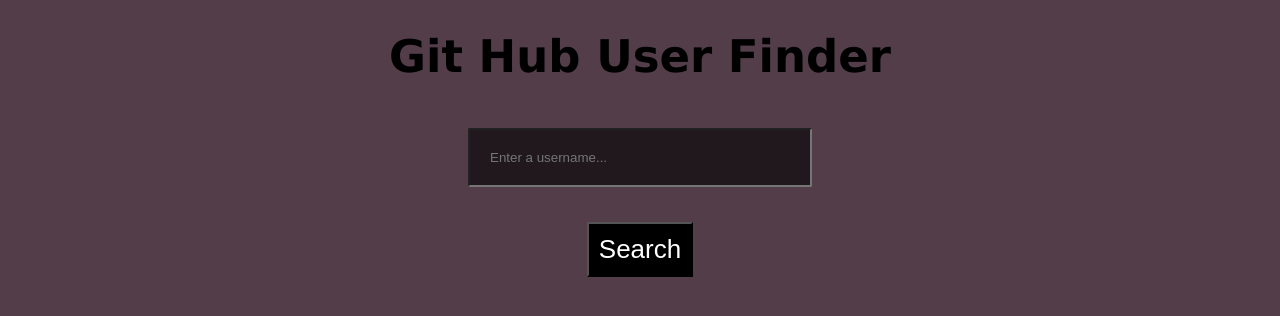
Repository: Dharshinimk-521/github-user-finder
Page: index.html
These files come from the project's save history. The page is drawn as it stood at one moment and after the next save; the edit follows.
The browser window is 1280 px wide. The pictures show the whole page.
Some web fonts or font styles are not loaded; a fallback is used.

Above is the page before, as saved 2026-04-13 20:59:52.

After the next save:
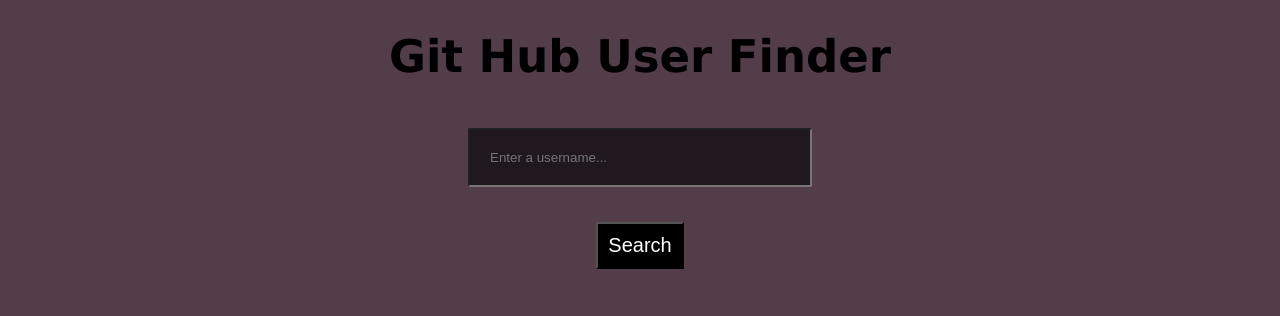
Saved 5 s later.
--- a/style.css
+++ b/style.css
@@ -28,5 +28,5 @@ body{
     cursor: pointer;
     background-color: black;
     color: white;
-    font-size: 26px;
+    font-size: 20px;
 }
